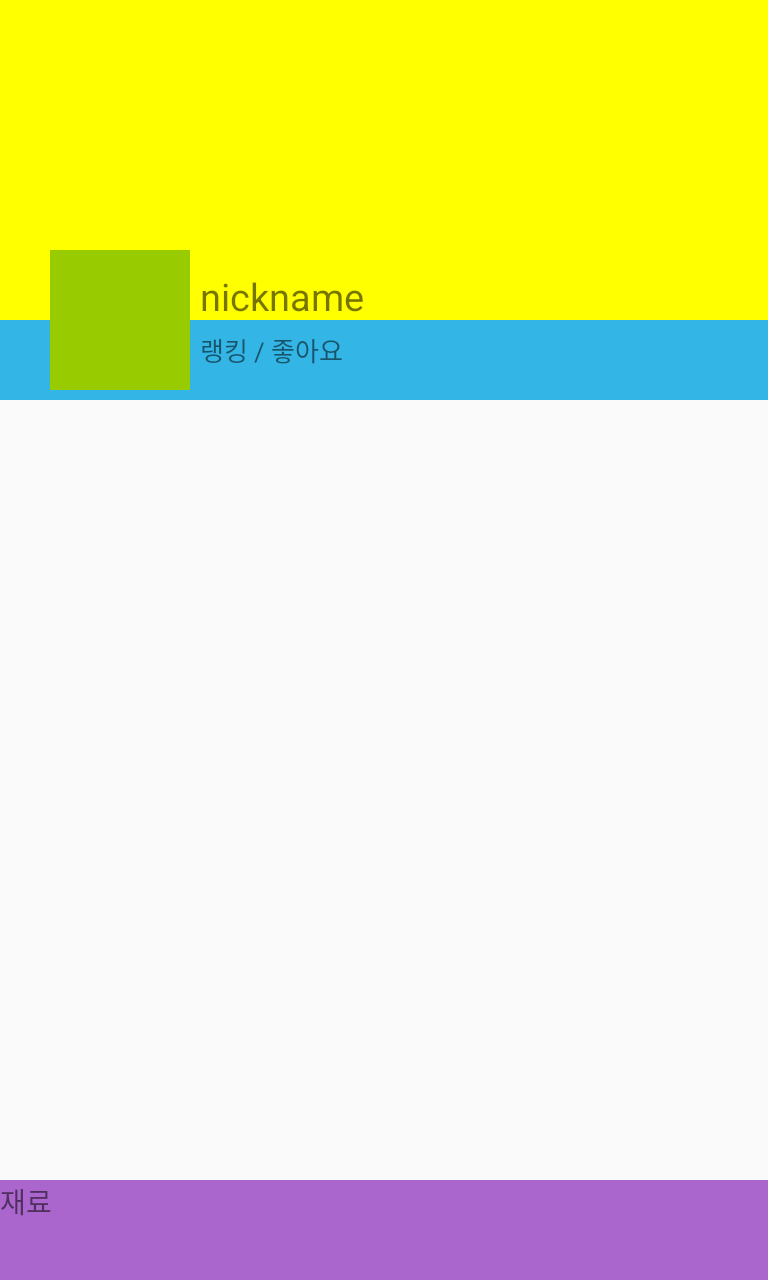
Repository: DAHYEON-PARK/SKP-GROUP
Layout: recipe/res/layout/fragment_category.xml
The author's editor kept a copy of each file at every save. The layout is drawn from the files as they stood at one save, then again after the next save.
It is drawn on a 768 x 1280 px phone screen (xhdpi) without system bars, with theme AppTheme; the app's code is not run.

Above is the layout before, as saved 2015-02-19 11:04:16.

### recipe/res/layout/fragment_category.xml
<?xml version="1.0" encoding="utf-8"?>
<LinearLayout xmlns:android="http://schemas.android.com/apk/res/android"
    android:layout_width="match_parent"
    android:layout_height="match_parent"
    android:orientation="vertical" >

    <FrameLayout
        android:layout_width="match_parent"
        android:layout_height="200dp"
        android:background="@color/blue">

        <ImageView
            android:layout_width="match_parent"
            android:layout_height="160dp"
            android:background="@color/yellow"/>

        <ImageView
            android:layout_width="70dp"
            android:layout_height="70dp"
            android:layout_marginTop="125dp"
            android:layout_marginLeft="25dp"
            android:background="@color/green"/>

        <TextView
            android:layout_width="wrap_content"
            android:layout_height="wrap_content"
            android:text="nickname"
            android:layout_marginTop="135dp"
            android:layout_marginLeft="100dp"
            android:textSize="@dimen/sp18"/>

        <TextView
            android:layout_width="wrap_content"
            android:layout_height="wrap_content"
            android:text="랭킹 / 좋아요"
            android:layout_marginTop="165dp"
            android:layout_marginLeft="100dp"
            android:textSize="@dimen/sp12"/>

    </FrameLayout>

    <ScrollView
        android:layout_width="match_parent"
        android:layout_height="wrap_content"
        android:layout_weight="1">

        <ImageView
            android:layout_width="match_parent"
            android:layout_height="wrap_content" />

    </ScrollView>

    <LinearLayout
        android:layout_width="match_parent"
        android:layout_height="wrap_content"
        android:orientation="horizontal"
        android:background="@color/purple" >

        <TextView
            android:layout_width="0dp"
            android:layout_height="50dp"
            android:layout_weight="3"
            android:text="재료"/>
    </LinearLayout>

</LinearLayout>

### recipe/res/values/color.xml
<?xml version="1.0" encoding="utf-8"?>
<resources>
    <item name="blue" type="color">#FF33B5E5</item>
    <item name="purple" type="color">#FFAA66CC</item>
    <item name="green" type="color">#FF99CC00</item>
    <item name="orange" type="color">#FFFFBB33</item>
    <item name="red" type="color">#FFFF4444</item>
    <item name="yellow" type="color">#FFFF00</item>
    <item name="brown" type="color">#A0522D</item>
    <item name="black" type="color">#000000</item>
    <item name="darkblue" type="color">#FF0099CC</item>
    <item name="darkpurple" type="color">#FF9933CC</item>
    <item name="darkgreen" type="color">#FF669900</item>
    <item name="darkorange" type="color">#FFFF8800</item>
    <item name="darkred" type="color">#FFCC0000</item>
</resources>

### recipe/res/values/dimens.xml
<resources>

    <!-- Default screen margins, per the Android Design guidelines. -->
    <dimen name="activity_horizontal_margin">16dp</dimen>
    <dimen name="activity_vertical_margin">16dp</dimen>

    <!--
         Per the design guidelines, navigation drawers should be between 240dp and 320dp:
         https://developer.android.com/design/patterns/navigation-drawer.html
    -->
    <dimen name="navigation_drawer_width">240dp</dimen>

    <dimen name="sp10">11sp</dimen>
    <dimen name="sp11">12sp</dimen>
    <dimen name="sp12">13sp</dimen>
    <dimen name="sp13">14sp</dimen>
    <dimen name="sp14">15sp</dimen>
    <dimen name="sp15">16sp</dimen>
    <dimen name="sp16">17sp</dimen>
    <dimen name="sp17">18sp</dimen>
    <dimen name="sp18">19sp</dimen>
    <dimen name="sp19">20sp</dimen>
    <dimen name="sp20">21sp</dimen>
    <dimen name="sp21">22sp</dimen>
    <dimen name="sp22">23sp</dimen>
    <dimen name="sp23">24sp</dimen>
    <dimen name="sp24">25sp</dimen>
    <dimen name="sp25">26sp</dimen>

</resources>

Loaded but not shown: recipe/res/values/styles.xml (common file); recipe/res/values-v11/styles.xml (common file); recipe/res/values-v14/styles.xml (common file)

After the next save:
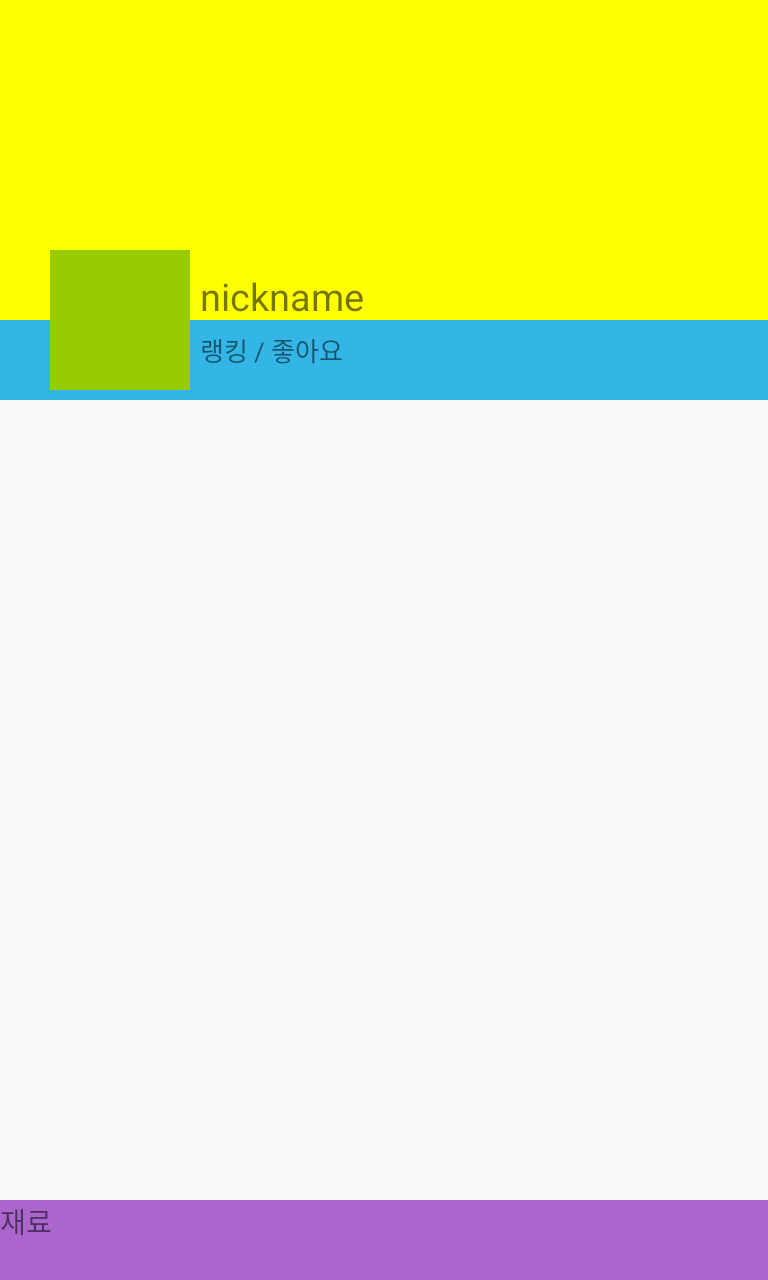
Saved 9 s later.
--- a/recipe/res/layout/fragment_category.xml
+++ b/recipe/res/layout/fragment_category.xml
@@ -58,7 +58,7 @@
 
         <TextView
             android:layout_width="0dp"
-            android:layout_height="50dp"
+            android:layout_height="40dp"
             android:layout_weight="3"
             android:text="재료"/>
     </LinearLayout>
